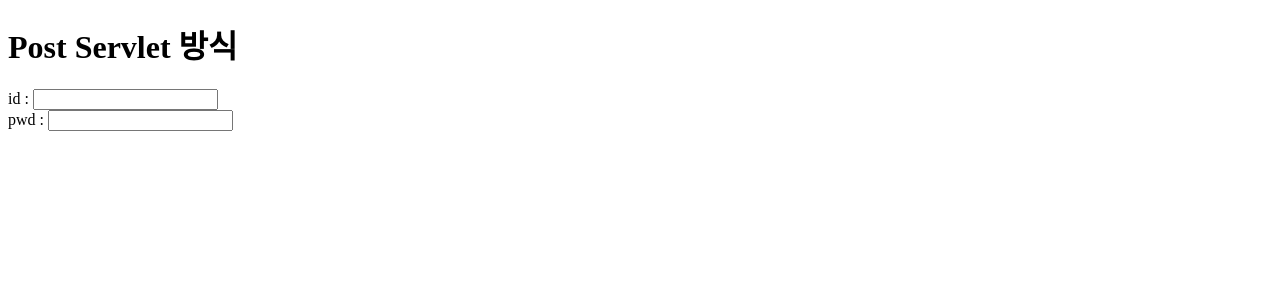
Repository: kimwoongasd/JSPAndServlet
Page: http://localhost/day1222/05_post.jsp
The author's editor kept a copy of each file at every save. The page is drawn from the files as they stood at one save, then again after the next save.
The browser window is 1280 px wide. The pictures show the whole page.
The page is served by Tomcat 9.

Above is the page before, as saved 2023-12-22 07:46:34.

After the next save:
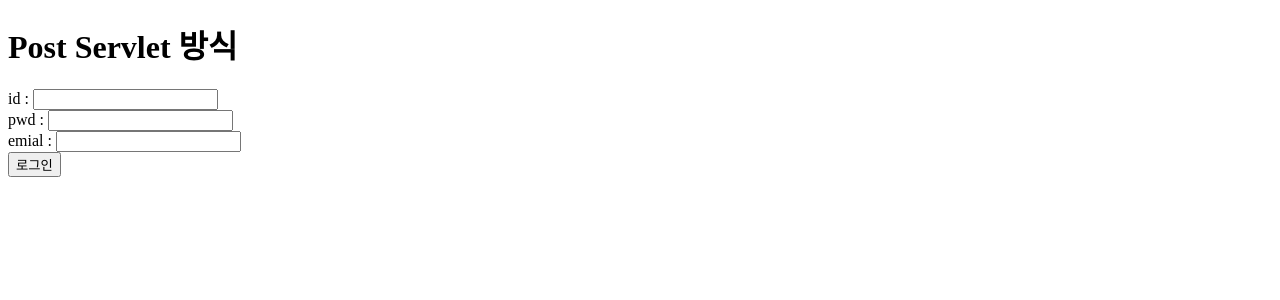
Saved 41 s later.
--- a/day1222/src/main/webapp/05_post.jsp
+++ b/day1222/src/main/webapp/05_post.jsp
@@ -11,6 +11,8 @@
 	<form method="Post" action="postServelt">
 		id : <input type="text" name="id"><br>
 		pwd : <input type="password" name="pwd"><br>
+		emial : <input type="email" name="email"><br>
+		<input type="submit" value="로그인">
 	</form>
 </body>
 </html>
